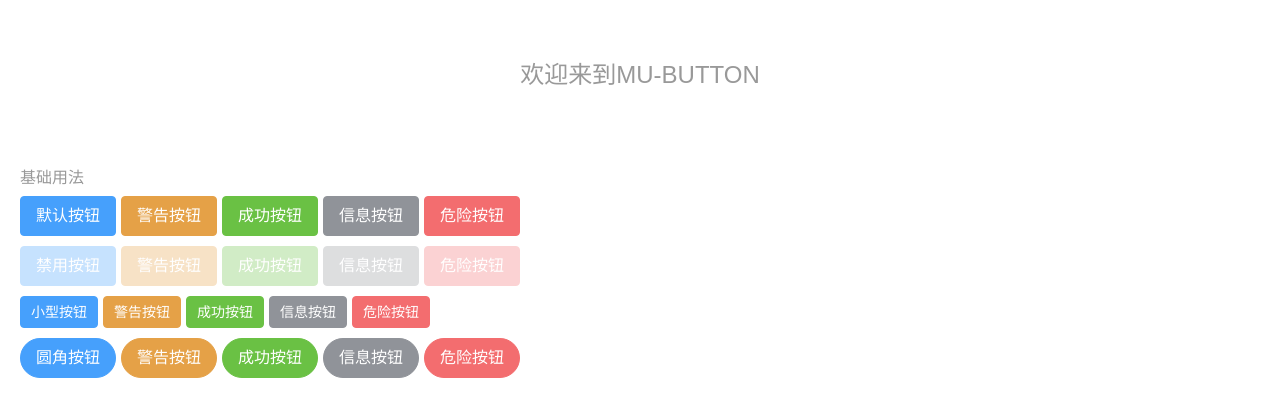
Repository: HuoXiaoYe/huoxiaoye_mumu
Page: /
The author's editor kept a copy of each file at every save. The page is drawn from the files as they stood at one save, then again after a run of saves.
The browser window is 1280 px wide. The pictures show the whole page.
The project was rebuilt for these pictures with package versions that can differ from the ones it lists, and the page was loaded fresh each time.

Above is the page before, as saved 2020-07-04 18:00:39.

After the next 2 saves:
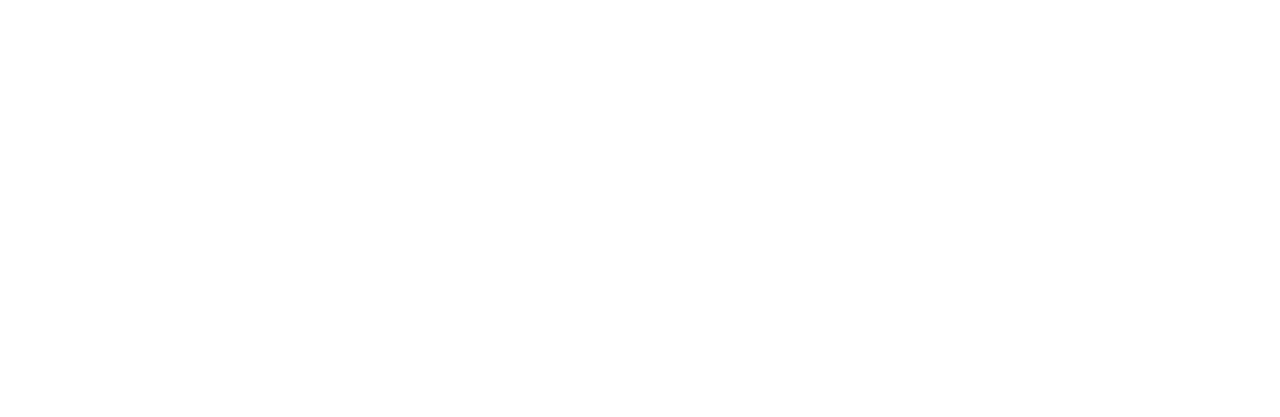
Console error: ReferenceError: emitClickEvent is not defined
The 2 saves are shown as one change because 1 did not build or start.
The last was saved 32 s later.
--- a/src/components/button/button.tsx
+++ b/src/components/button/button.tsx
@@ -27,7 +27,7 @@
     // eslint-disable-next-line react-hooks/exhaustive-deps
     },[props])
     return (
-        <button type="button" className={btnClass.join(' ')} disabled={props.disabled}>
+        <button type="button" onClick={emitClickEvent} className={btnClass.join(' ')} disabled={props.disabled}>
             {/* <i className="lake-loading"></i>
             <slot className="icon"></slot> */}
 

After the save that followed:
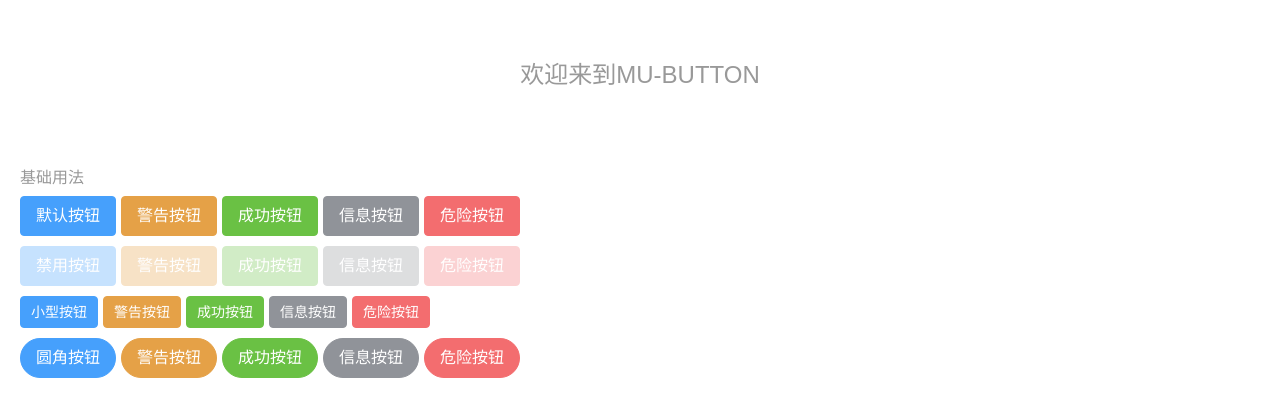
The error is gone.
Saved 9 s later.
--- a/src/components/button/button.tsx
+++ b/src/components/button/button.tsx
@@ -26,6 +26,9 @@
         setBtnClass([...btnClass,...tempBtnClass])
     // eslint-disable-next-line react-hooks/exhaustive-deps
     },[props])
+    function emitClickEvent(){
+
+    }
     return (
         <button type="button" onClick={emitClickEvent} className={btnClass.join(' ')} disabled={props.disabled}>
             {/* <i className="lake-loading"></i>
